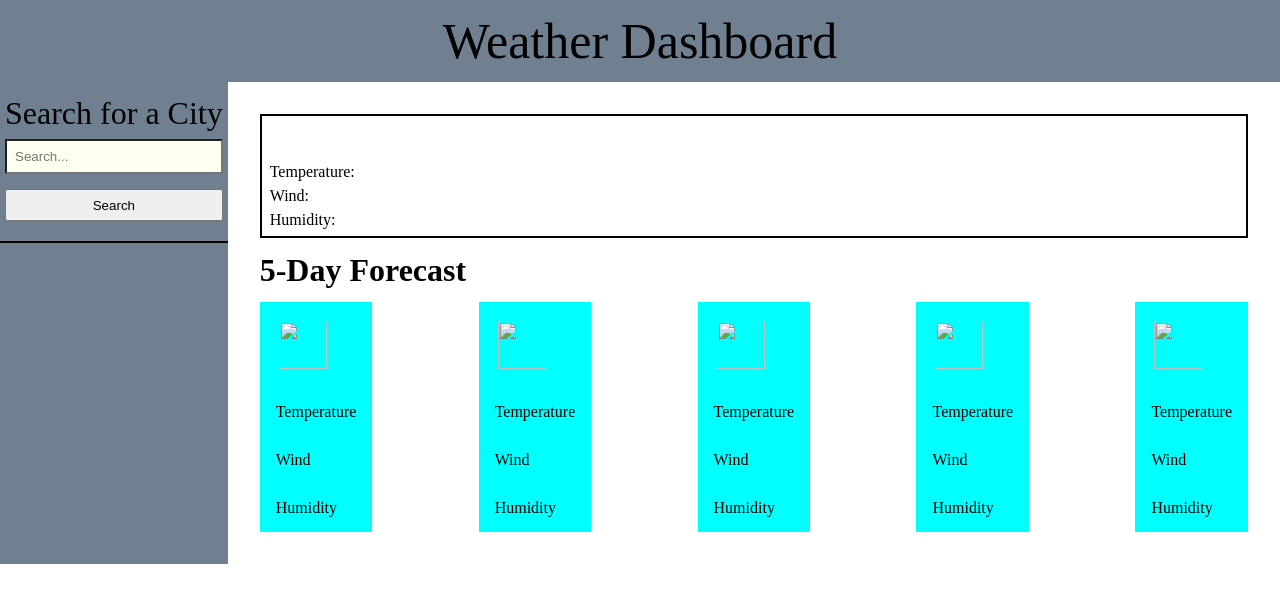
Repository: Pauldan1988/weather-dash
Page: index.html
These files come from the project's save history. The page is drawn as it stood at one moment and after a run of saves; the edit follows.
The browser window is 1280 px wide. The pictures show the whole page.

Above is the page before, as saved 2023-01-16 11:11:57.

After the next 2 saves:
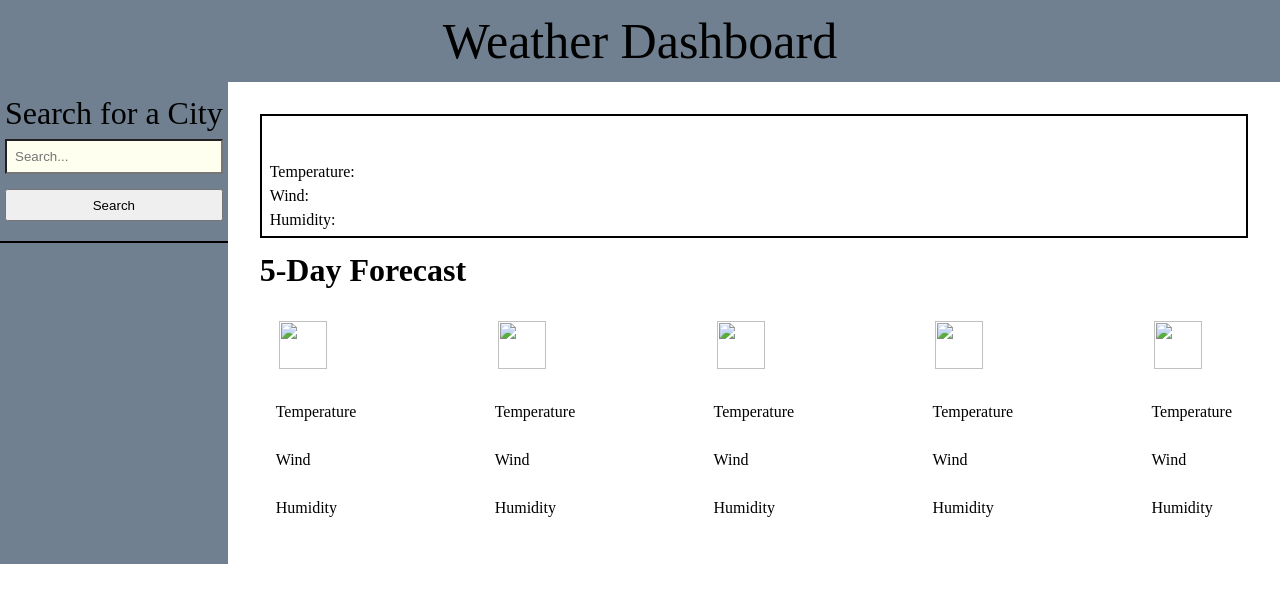
The 2 saves are shown as one change because they came seconds apart.
The last was saved 10 min 19 s later.
--- a/style.css
+++ b/style.css
@@ -91,7 +91,7 @@ button {
     display: flex;
     flex-direction: column;
     padding: 1rem;
-    background-color: aqua;
+    background-color: ;
     gap: 2rem;
     text-align: left;
     box-sizing: border-box;
